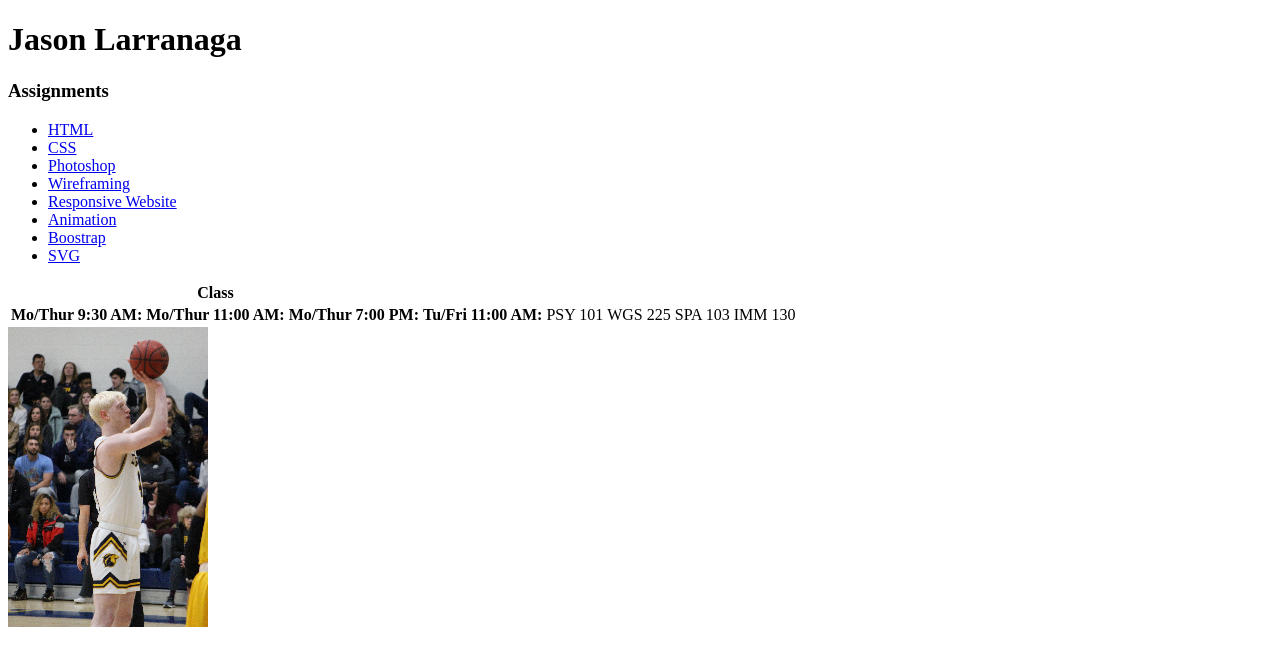
Repository: larranj1/my_website
Page: index.html
The author's editor kept a record of every edit. The page is drawn from the files as they stood at one moment, then again after the next edit.
The browser window is 1280 px wide. The pictures show the whole page.

Above is the page before.

### index.html
<!DOCTYPE html>
<h1> Jason Larranaga </h1>
<html>
    <head>

    </head>
    <body>

        <h3> Assignments </h3>
        <ul>
           <li> <a href = "assignments/html/index.html"> HTML </a> </li>
           <li> <a href = "assignments/css/index.html"> CSS </a> </li>
           <li> <a href = "assignments/photoshop/index.html"> Photoshop </a> </li>
           <li> <a href = "assignments/wireframing/index.html"> Wireframing </a> </li>
           <li> <a href = "assignments/responsive_website/index.html"> Responsive Website </a> </li>
           <li> <a href = "assignments/animation/index.html"> Animation </a> </li>
           <li> <a href = "assignments/boostrap/index.html"> Boostrap </a> </li>
           <li> <a href = "assignments/svg/index.html"> SVG </a> </li>
        </ul>

     <table>
         <tr>
             <th></th>
             <th scope="col"> Class </th>
         </tr>
         <tr>
             <th scope="row"> Mo/Thur 9:30 AM: </th>
             <th scope="row"> Mo/Thur 11:00 AM: </th>
             <th scope="row"> Mo/Thur 7:00 PM: </th>
             <th scope="row"> Tu/Fri 11:00 AM: </th>
             <td> PSY 101 </td>
             <td> WGS 225 </td>
             <td> SPA 103 </td>
             <td> IMM 130 </td>
         </tr>
     </table>
     <img src="me.jpg" alt="Me">
    </body>
</html>

After the next edit:
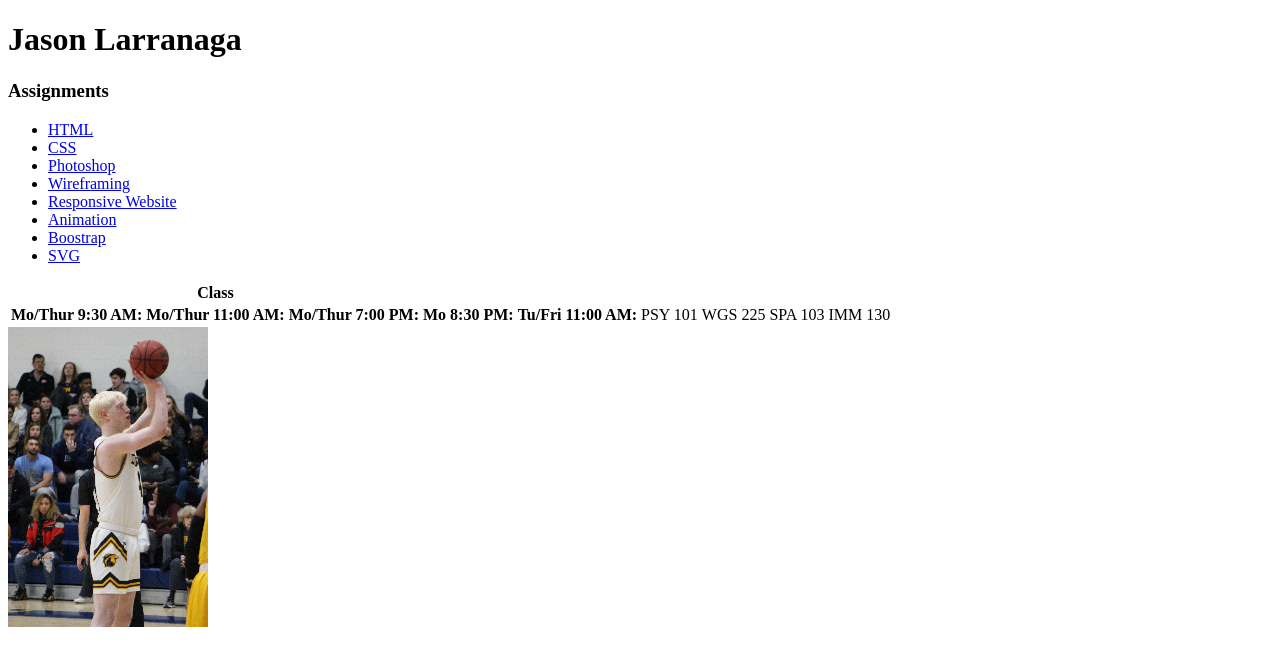
The edit:
--- a/index.html
+++ b/index.html
@@ -27,6 +27,7 @@
              <th scope="row"> Mo/Thur 9:30 AM: </th>
              <th scope="row"> Mo/Thur 11:00 AM: </th>
              <th scope="row"> Mo/Thur 7:00 PM: </th>
+             <th scope="row"> Mo 8:30 PM: </th>
              <th scope="row"> Tu/Fri 11:00 AM: </th>
              <td> PSY 101 </td>
              <td> WGS 225 </td>
